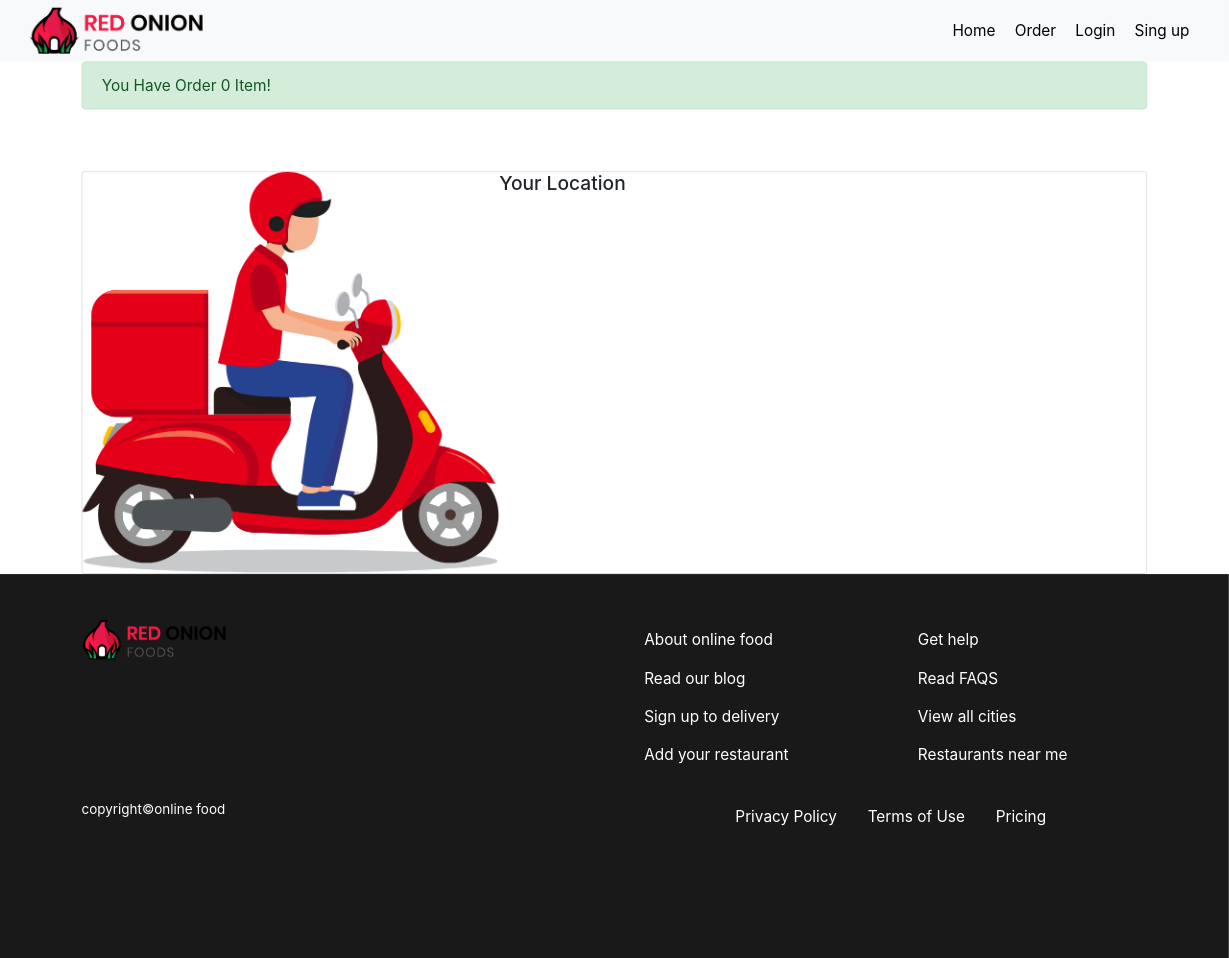
Repository: arif286/red-onion-client
Page: /order
The author's editor kept a copy of each file at every save. The page is drawn from the files as they stood at one save, then again after the next save.
The browser window is 1280 px wide. The pictures show the whole page, at 96% of full size.
The page's requests for data from a server got no answer. The project was rebuilt for these pictures with package versions that can differ from the ones it lists, and the page was loaded fresh each time. Some packages were replaced by stand-ins written for this rebuild. No one was signed in, and anything a server would have sent is missing. Also part of the build but not shown: src/App.css, src/components/CheckOut/CheckOut.css, src/components/CheckOut/CheckOutForm/CheckOutFrom.js, src/components/CheckOut/CheckOut.js, src/components/SearchBar/SearchBar.css, src/components/SearchBar/SearchBar.js, src/components/FoodDetails/FoodDetail.css, src/components/FoodDetails/FoodDetail.js and 12 more. Imported but missing from the stored project, and not drawn on this page: src/components/CheckOut/Map/Map.

Above is the page before, as saved 2021-04-06 04:31:00.

After the next save:
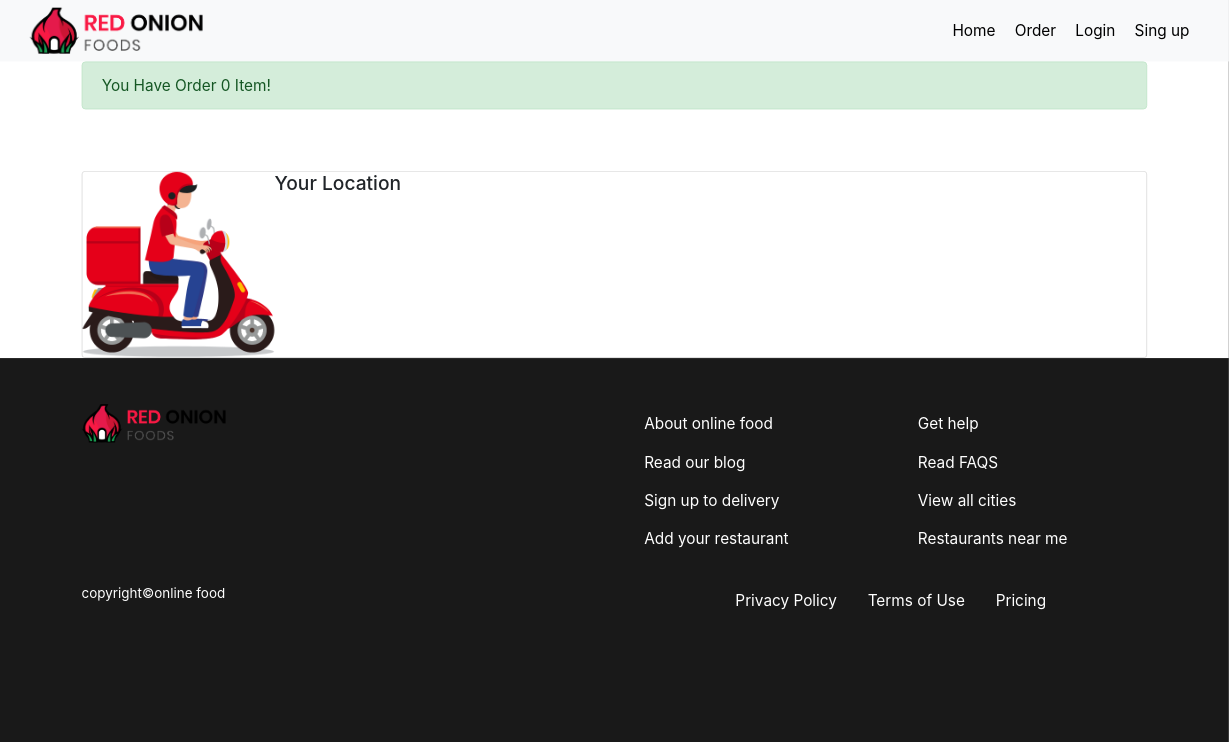
Saved 30 s later.
--- a/src/components/Order/Order.js
+++ b/src/components/Order/Order.js
@@ -39,7 +39,7 @@ const Order = () => {
         <Col>
           <Card className="d-flex flex-row">
             <div>
-              <img src={delivery} alt="" />
+              <img style={{width:'200px'}} src={delivery} alt="" />
             </div>
             <div>
               <h5>Your Location</h5>
